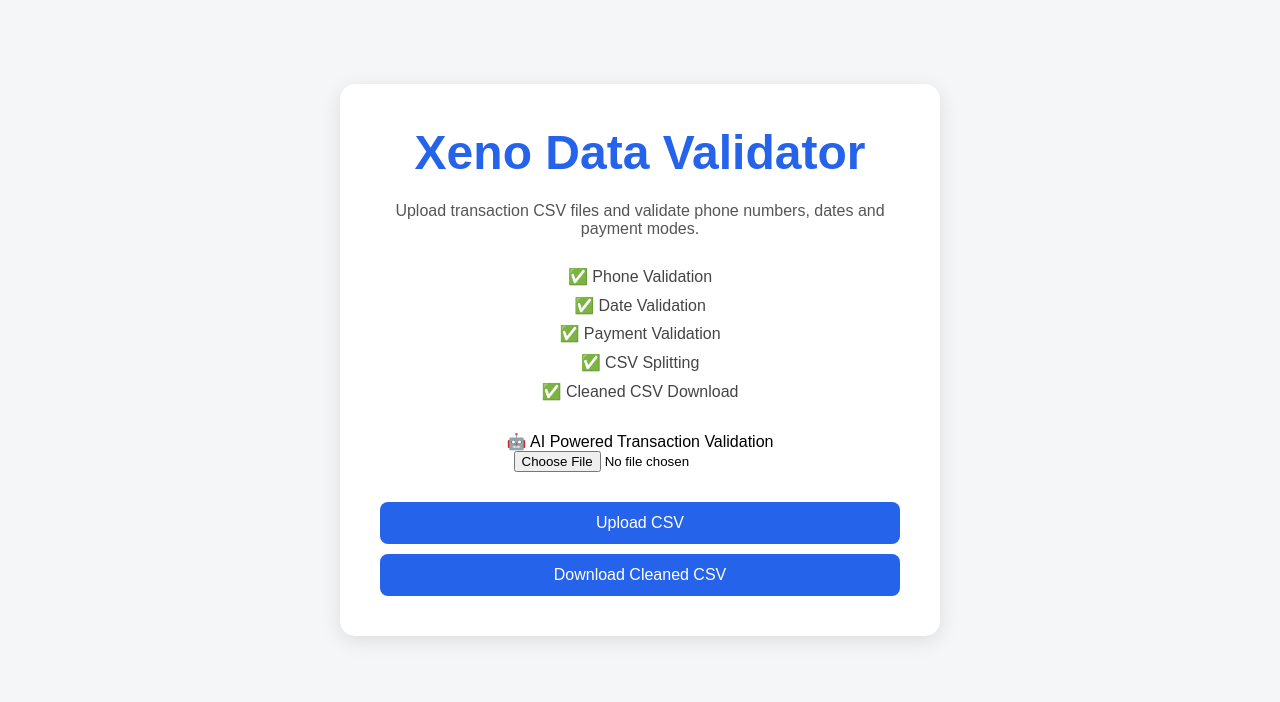
Repository: Aartigarg446/xeno-data-validator
Page: / (app in frontend/)
An editor plug-in stored every save of this project. The page is shown before and after the next save, followed by the edit.
The browser window is 1280 px wide. The pictures show the whole page.
The project was rebuilt for these pictures with package versions that can differ from the ones it lists, and the page was loaded fresh each time. Also part of the build but not shown: frontend/vite.config.js.

Above is the page before, as saved 2026-06-17 14:15:26.

### frontend/src/index.css
html,
body,
#root {
  width: 100%;
  min-height: 100vh;
  margin: 0;
  padding: 0;
}

### frontend/src/App.jsx
import { useState } from "react";
import axios from "axios";
import "./App.css";

function App() {
  const [file, setFile] = useState(null);
  const [message, setMessage] = useState("");
  const [stats, setStats] = useState({
  total: 0,
  valid: 0,
  invalid: 0,
});

const [records, setRecords] = useState([]);

  const uploadFile = async () => {
    if (!file) {
      alert("Please select a CSV file");
      return;
    }

    const formData = new FormData();
    formData.append("file", file);

    try {
   const response = await axios.post(
  "http://localhost:5000/upload",
  formData
);

const data = response.data.data;

setRecords(data);

const validCount = data.filter(
  (item) => item.overallStatus === "Valid"
).length;

setStats({
  total: data.length,
  valid: validCount,
  invalid: data.length - validCount,
});

setMessage("✅ CSV Processed Successfully");
    } catch (error) {
      console.log(error);
     setMessage("❌ Upload Failed");
    }
  };

  return (
    <div className="container">

      <div className="card">

        <h1>Xeno Data Validator</h1>

        <p>
          Upload transaction CSV files and validate
          phone numbers, dates and payment modes.
        </p>
<p className="features">
  ✅ Phone Validation <br />
  ✅ Date Validation <br />
  ✅ Payment Validation <br />
  ✅ CSV Splitting <br />
  ✅ Cleaned CSV Download
</p>
<div className="ai-badge">
  🤖 AI Powered Transaction Validation
</div>
        <input
          type="file"
          accept=".csv"
          onChange={(e) =>
            setFile(e.target.files[0])
          }
        />

        {file && (
  <p>
    Selected File: {file.name}
  </p>
)}
{message && (
  <p>{message}</p>
)}
{stats.total > 0 && (
<div className="stats-container">

  <div className="stat-card">
    <h3>Total</h3>
    <p>{stats.total}</p>
  </div>

  <div className="stat-card">
    <h3>Valid</h3>
    <p>{stats.valid}</p>
  </div>

  <div className="stat-card">
    <h3>Invalid</h3>
    <p>{stats.invalid}</p>
  </div>

</div>
)}
        <button onClick={uploadFile}>
          Upload CSV
        </button>

        <a
          href="http://localhost:5000/download"
          target="_blank"
        >
          <button>
            Download Cleaned CSV
          </button>
          {records.length > 0 && (

  <table className="result-table">

    <thead>
      <tr>
        <th>Order ID</th>
        <th>Phone</th>
        <th>Status</th>
      </tr>
    </thead>

    <tbody>

      {records.map((record, index) => (

        <tr key={index}>
          <td>{record.order_id}</td>
          <td>{record.phone}</td>
          <td>
            {record.overallStatus === "Valid"
              ? "✅ Valid"
              : "❌ Invalid"}
          </td>
        </tr>

      ))}

    </tbody>

  </table>

)}
        </a>

      </div>

    </div>
  );
}

export default App;

### frontend/src/App.css
* {
  margin: 0;
  padding: 0;
  box-sizing: border-box;
}

body {
  background: #f4f6f8;
  font-family: Arial, sans-serif;
}

.container {
  min-height: 100vh;
  display: flex;
  justify-content: center;
  align-items: center;
}

.card {
  background: white;
  padding: 40px;
  border-radius: 15px;
  width: 600px;
max-width: 90%;
  text-align: center;
  box-shadow: 0px 5px 20px rgba(0,0,0,0.1);
}

h1 {
  color: #2563eb;
  margin-bottom: 20px;
  font-size: 48px;
  line-height: 1.2;
}

p {
  color: #555;
  margin-bottom: 25px;
}

input {
  margin-bottom: 20px;
}

button {
  width: 100%;
  padding: 12px;
  margin-top: 10px;
  border: none;
  border-radius: 8px;
  background: #2563eb;
  color: white;
  cursor: pointer;
  font-size: 16px;
}

button:hover {
  background: #1d4ed8;
}
.features {
  color: #444;
  margin-bottom: 25px;
  line-height: 1.8;
}
.stats-container {
  display: flex;
  justify-content: space-between;
  margin: 20px 0;
  gap: 10px;
}

.stat-card {
  flex: 1;
  background: #2563eb;
  color: white;
  padding: 15px;
  border-radius: 10px;
}

.stat-card h3 {
  margin-bottom: 5px;
}

.result-table {
  width: 100%;
  margin-top: 25px;
  border-collapse: collapse;
}

.result-table th,
.result-table td {
  border: 1px solid #ddd;
  padding: 10px;
}

.result-table th {
  background: #2563eb;
  color: white;
}
<div className="ai-badge">
  🤖 AI Powered Transaction Validation
</div>

Loaded but not shown: frontend/src/main.jsx (common file)

After the next save:
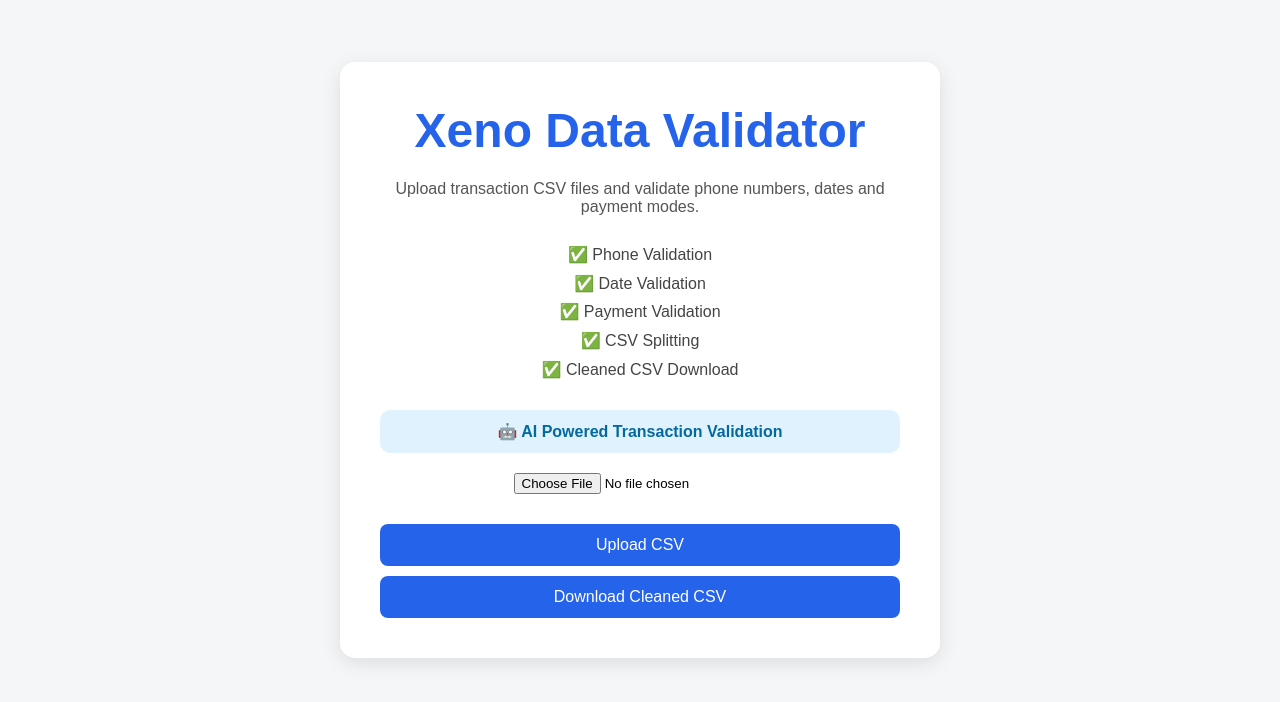
Saved 12 s later.
--- a/frontend/src/App.css
+++ b/frontend/src/App.css
@@ -97,6 +97,11 @@
   background: #2563eb;
   color: white;
 }
-<div className="ai-badge">
-  🤖 AI Powered Transaction Validation
-</div>
+.ai-badge {
+  background: #e0f2fe;
+  color: #0369a1;
+  padding: 12px;
+  border-radius: 10px;
+  margin: 20px 0;
+  font-weight: bold;
+}
